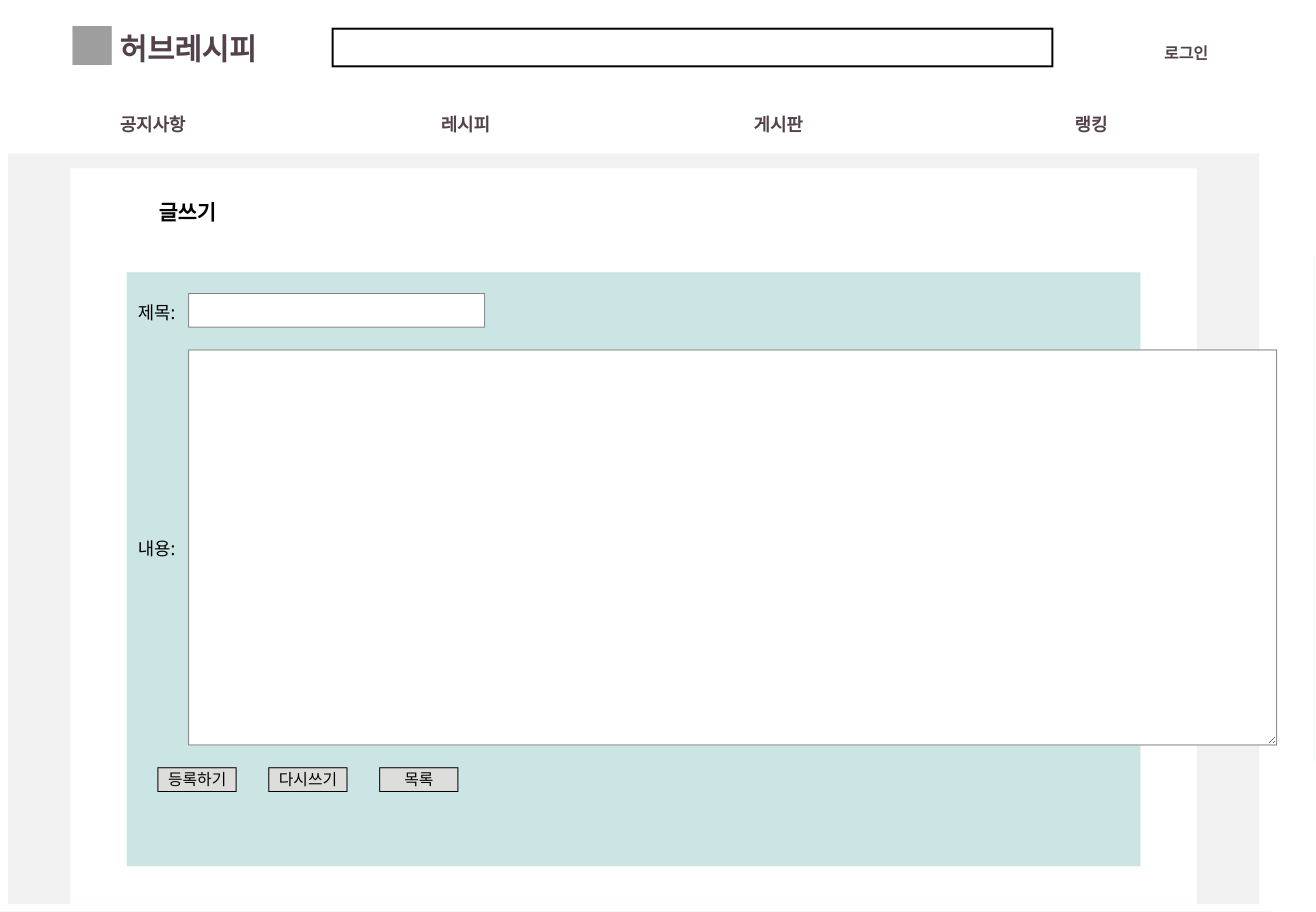
Repository: Shortood/Web_Project
Page: http://localhost/Web_project29/notice-insert.jsp
The author's editor kept a copy of each file at every save. The page is drawn from the files as they stood at one save, then again after the next save.
The browser window is 1280 px wide. The page is 1328 px wide, then 1329 px, so the pictures cover 1329 px, including what lies to the right of the window. The pictures show the whole page, at 99% of full size.
Pictures or frames that could not be fetched are drawn as grey boxes. Some web fonts or font styles are not loaded; a fallback is used. The page is served by Tomcat 9.

Above is the page before, as saved 2022-12-10 17:53:29.

After the next save:
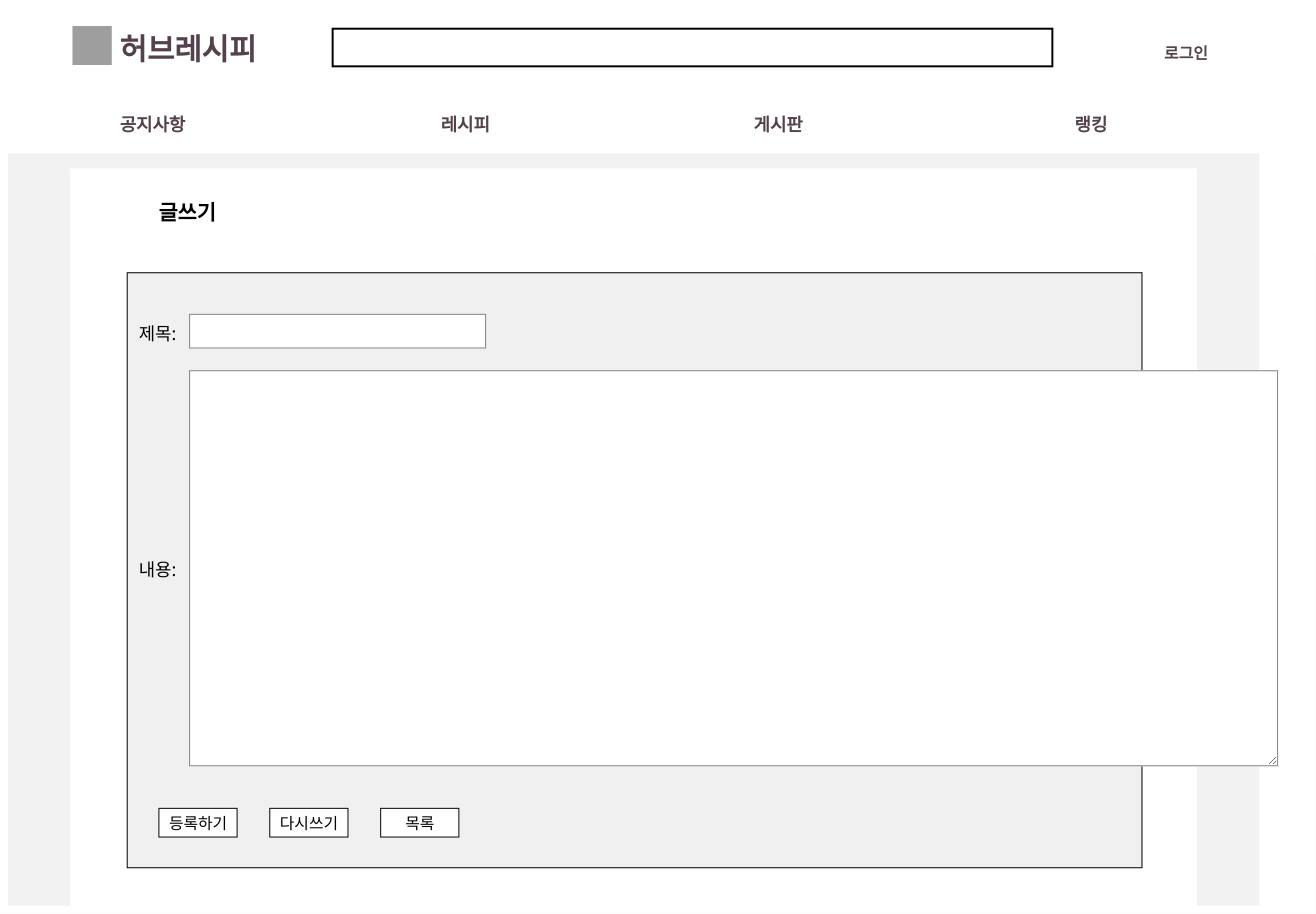
Saved 30 s later.
--- a/eclipse-workspace/Web_project29/src/main/webapp/board-insert1.css
+++ b/eclipse-workspace/Web_project29/src/main/webapp/board-insert1.css
@@ -1,68 +1,89 @@
-@import url('https://fonts.googleapis.com/css?family=Nanum+Gothic:400,700,800');
+@import
+	url('https://fonts.googleapis.com/css?family=Nanum+Gothic:400,700,800')
+	;
+
 body {
-    font-family: Nanum Gothic,Segoe UI,Helveica,Arial,Malgun Gothic,sans-serif;
- }
-#wrap{
-    width:100%;
-    min-width:450px;
-    z-index: 1;
-    background-color: #F2F2F2;
-    padding-top:10px;
+	font-family: Nanum Gothic, Segoe UI, Helveica, Arial, Malgun Gothic,
+		sans-serif;
 }
-#main{
-    width:90%;
-    min-width:400px;
-    z-index: 2;
-    background-color: white;
-    padding-bottom:3%;
-    margin:5px 5% 0 5%;
+
+#wrap {
+	width: 100%;
+	min-width: 450px;
+	z-index: 1;
+	background-color: #F2F2F2;
+	padding-top: 10px;
 }
-.title{
-    height:40px;
-    width:100%;
-    padding-top:25px;
+
+#main {
+	width: 90%;
+	min-width: 400px;
+	z-index: 2;
+	background-color: white;
+	padding-bottom: 3%;
+	margin: 5px 5% 0 5%;
 }
-.notice{
-    font-size: 21px;
-    font-weight: bold;
-    text-align:left;
-    padding-left:30px;
-    width:78%;
+
+.title {
+	height: 40px;
+	width: 100%;
+	padding-top: 25px;
 }
-.contents{
-    padding-left: 5%;
-    padding-right: 5%;
+
+.notice {
+	font-size: 21px;
+	font-weight: bold;
+	text-align: left;
+	padding-left: 30px;
+	width: 78%;
 }
-  .writing-page{
-    width:100%;
-    height:600px;
-    background-color:rgb(203, 228, 228);
-  }
-  .writing-page table{
-     font-size:18px;
-     width:1200px;
-     border-spacing: 10px 20px;
-  }
-  .head input{
-    width:300px;
-    height:35px;
-    border:1px solid grey;
-  }
-  textarea{
-    width:1100px;
-    height:400px;
-    border:1px solid grey;
-  }
-  .buttons input{
-    width: 80px;
-    height: 25px;
-    font-size:16px;
-    line-height:20px;
-    text-align:center;
-    background:  #dddddc;;
-    border: solid 1px black;
+
+.contents {
+	padding-left: 5%;
+	padding-right: 5%;
 }
-.buttons table{
-    border-spacing:30px 0px;
-    width:100px;
+
+.content {
+	padding-left: 30px;
 }
+
+.writing-page {
+	width: 100%;
+	height: 600px;
+	background-color: #f0f0f0;
+	border: 1px solid black;
+}
+
+.writing-page table {
+	font-size: 18px;
+	width: 1200px;
+	border-spacing: 10px 20px;
+	padding-top: 20px;
+}
+
+.head input {
+	width: 300px;
+	height: 35px;
+	border: 1px solid grey;
+}
+
+textarea {
+	width: 1100px;
+	height: 400px;
+	border: 1px solid grey;
+}
+
+.buttons input {
+	width: 80px;
+	height: 30px;
+	font-size: 16px;
+	line-height: 25px;
+	text-align: center;
+	background: white;
+	border: solid 1px black;
+}
+
+.buttons table {
+	border-spacing: 30px 0px;
+	width: 100px;
+}
